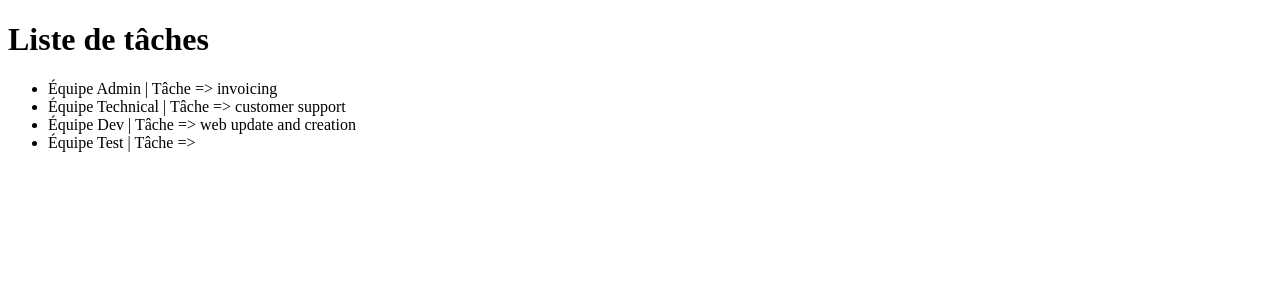
Repository: 0Memo/tasksHandler
Page: http://localhost/tasks
These files come from the project's save history. The page is drawn as it stood at one moment and after a run of saves; the edit follows.
The browser window is 1280 px wide. The pictures show the whole page.
The page is served by the project's Laravel application, run on PHP 8.4 with Laravel 10. Other server files are loaded and not shown.

Above is the page before, as saved 2023-05-22 13:44:09.

### routes/web.php
<?php

use App\Http\Controllers\HomeController;
use App\Http\Controllers\TaskController;
use Illuminate\Support\Facades\Route;

/*
|--------------------------------------------------------------------------
| Web Routes
|--------------------------------------------------------------------------
|
| Here is where you can register web routes for your application. These
| routes are loaded by the RouteServiceProvider and all of them will
| be assigned to the "web" middleware group. Make something great!
|
*/

Route::get('/', [HomeController::class, 'index']);

Route::get('/tasks', [TaskController::class, 'list']);
Route::get('/task/{name?}', [TaskController::class, 'showTask']);

### app/Http/Controllers/TaskController.php
<?php

namespace App\Http\Controllers;

use Illuminate\Http\Request;

class TaskController extends Controller
{
    public function showTask(string $name = '')
    {
        $tasksList = [
            'admin' => [
                'team_name' => 'Admin',
                'task' => 'invoicing'
            ],
            'technical' => [
                'team_name' => 'Technical',
                'task' => 'customer support'
            ],
            'dev' => [
                'team_name' => 'Dev',
                'task' => 'web update and creation'
            ],
            'test' => [
                'team_name' => 'Test',
                'task' => ''
            ]
        ];

        if($name === '') {
            return 'Erreur: pas de tâche sélectionnée';
        }

        if(!isset($tasksList[$name])) {
            return 'Erreur: cette tâche n\'existe pas';
        }

        $task = $tasksList[$name];

        if(!$task['task']) {
            return 'Erreur: il n\'y a pas de tâche attribuée';
        }

        return view('task', [
            'task' => $task
        ]);
    }

    public function list()
    {
        $tasksList = [
            'admin' => [
                'team_name' => 'Admin',
                'task' => 'invoicing'
            ],
            'technical' => [
                'team_name' => 'Technical',
                'task' => 'customer support'
            ],
            'dev' => [
                'team_name' => 'Dev',
                'task' => 'web update and creation'
            ],
            'test' => [
                'team_name' => 'Test',
                'task' => ''
            ]
        ];

        return view('tasksList', [
            'tasks' => $tasksList
        ]);
    }
}

### resources/views/tasksList.blade.php
<!DOCTYPE html>
<html>
<head>
    <title>Liste de tâches par équipe</title>
</head>
<body>
    <h1>Liste de tâches</h1>
    <ul>
        @foreach($tasks as $task)
            <li>Équipe {{ $task['team_name'] }} | Tâche => {{ $task['task'] }}</li>
        @endforeach
    </ul>
</body>
</html>

Loaded but not shown: app/Http/Controllers/Controller.php (common file)

After the next 2 saves:
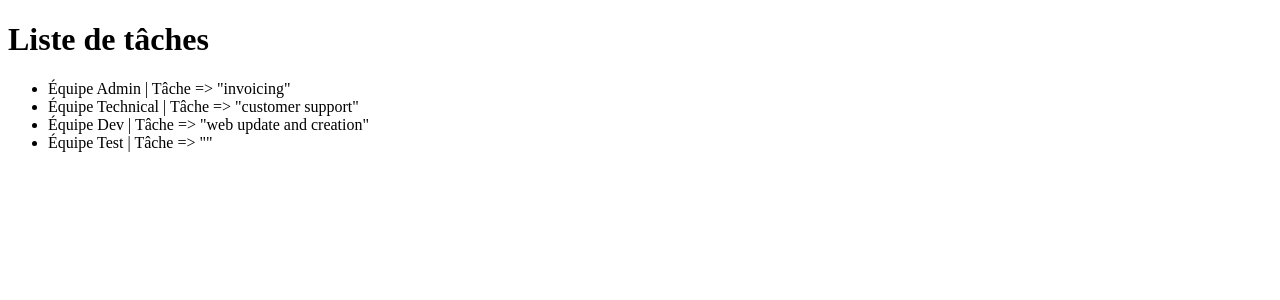
The 2 saves are shown as one change because they came seconds apart.
The last was saved 18 s later.
--- a/resources/views/tasksList.blade.php
+++ b/resources/views/tasksList.blade.php
@@ -7,7 +7,7 @@
     <h1>Liste de tâches</h1>
     <ul>
         @foreach($tasks as $task)
-            <li>Équipe {{ $task['team_name'] }} | Tâche => {{ $task['task'] }}</li>
+            <li>Équipe {{ $task['team_name'] }} | Tâche => "{{ $task['task'] }}"</li>
         @endforeach
     </ul>
 </body>
